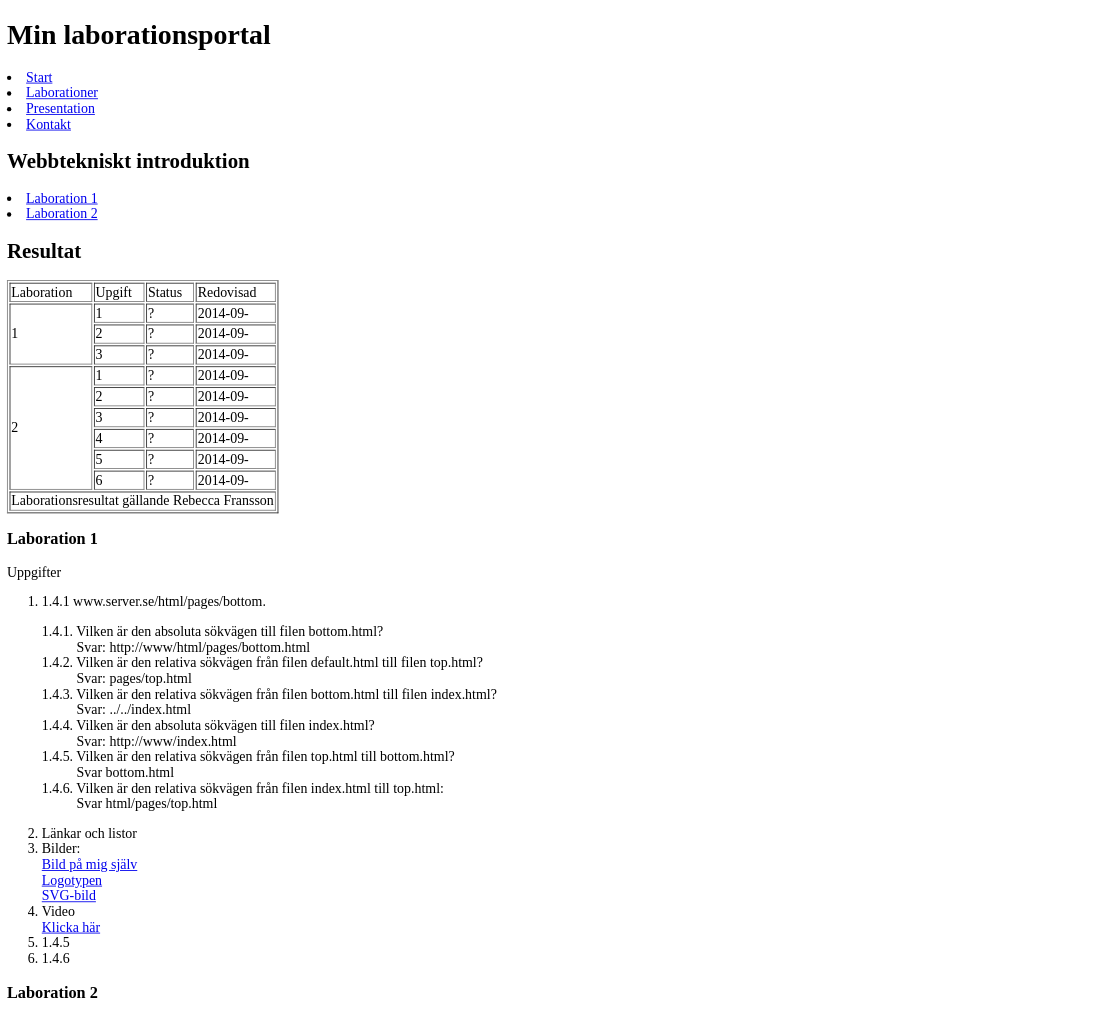
Repository: RebeccaFransson/Interfacedevelopment-1IK415
Page: pages/laborationer.html
The author's editor kept a record of every edit. The page is drawn from the files as they stood at one moment, then again after the next edit.
The browser window is 1280 px wide. The pictures show the whole page, at 87% of full size.

Above is the page before.

After the next edit:
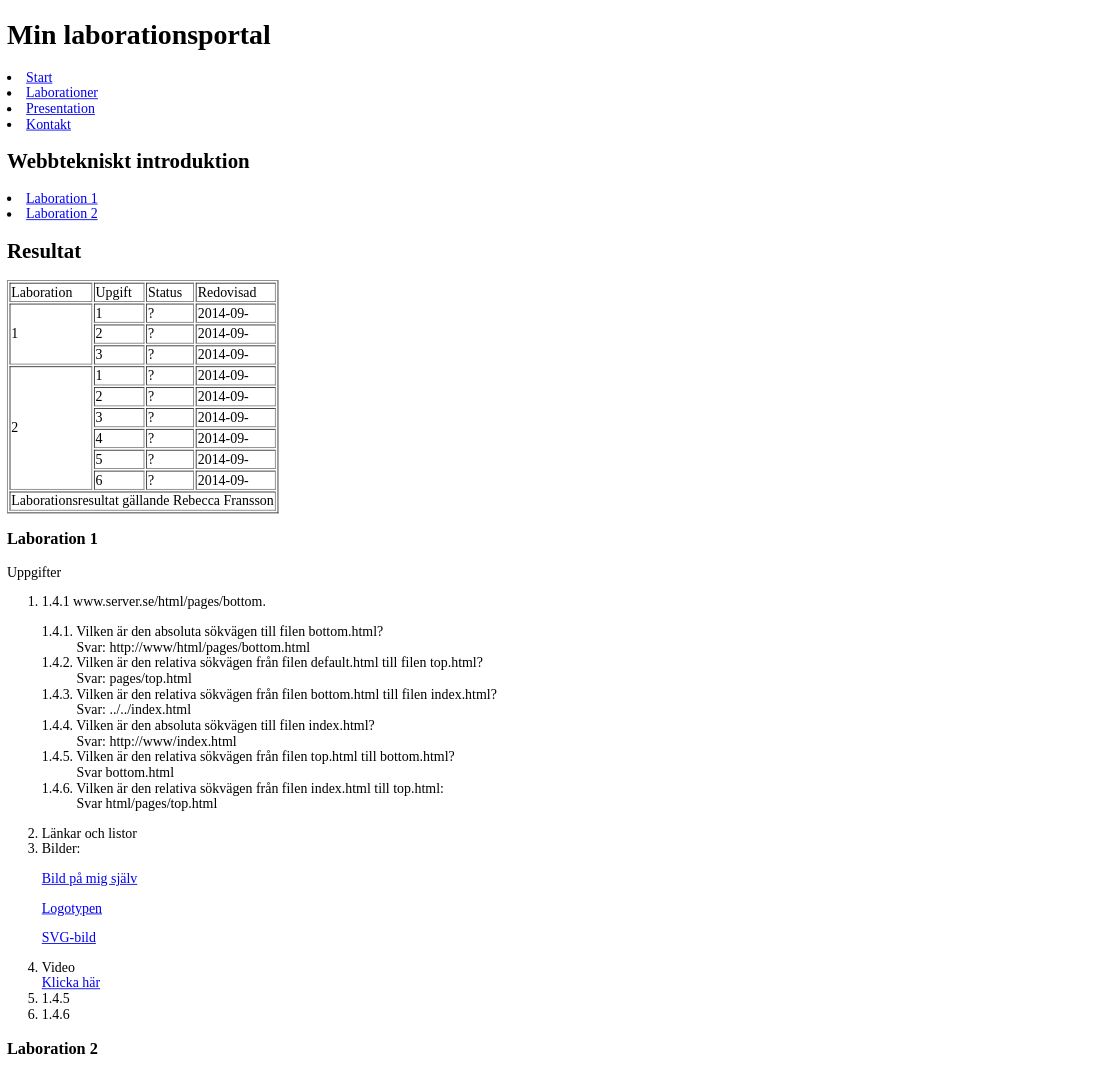
The edit:
--- a/pages/laborationer.html
+++ b/pages/laborationer.html
@@ -117,9 +117,9 @@
 
          <li>Länkar och listor</li>
          <li>Bilder:
-         <br><a href="presentation.html#Bild_pa_mig">Bild på mig själv</a>
-         <br><a href="../Pictures/Logo.png">Logotypen</a>
-         <br><a href="../index.html#blogg-SVG-bild">SVG-bild</a>
+         <p><a href="presentation.html#Bild_pa_mig">Bild på mig själv</a></p>
+         <p><a href="../Pictures/Logo.png">Logotypen</a> </p>
+         <p><a href="../index.html#blogg-SVG-bild">SVG-bild</a></p>
          </li>
          <li>Video
          <br><a href="../index.html#blogg-video">Klicka här</a>
